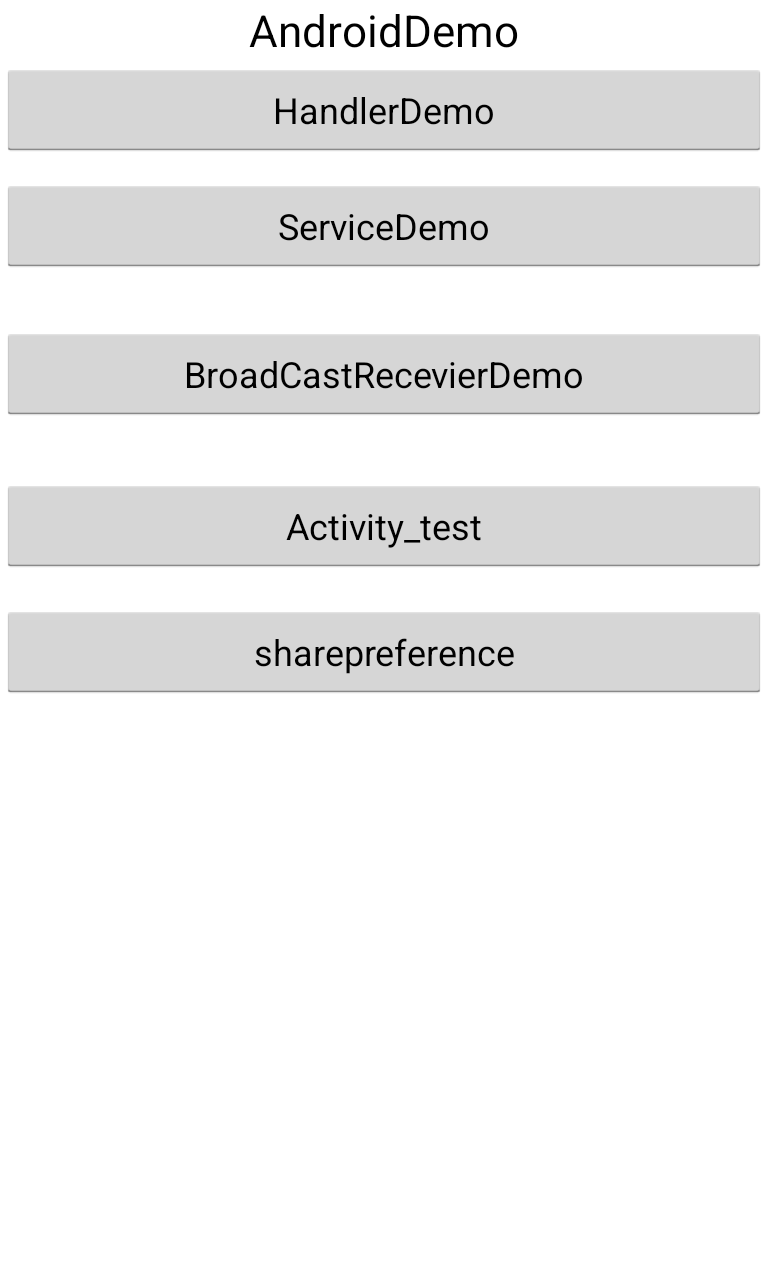
Repository: fengzixu/AndroidLearing
Layout: MyTestPrograme/AndroidDemo/res/layout/activity_main.xml
The author's editor kept a copy of each file at every save. The layout is drawn from the files as they stood at one save, then again after the next save.
It is drawn on a 768 x 1280 px phone screen (xhdpi) without system bars, with theme AppTheme; the app's code is not run.

Above is the layout before, as saved 2015-05-05 13:09:31.

After the next save:
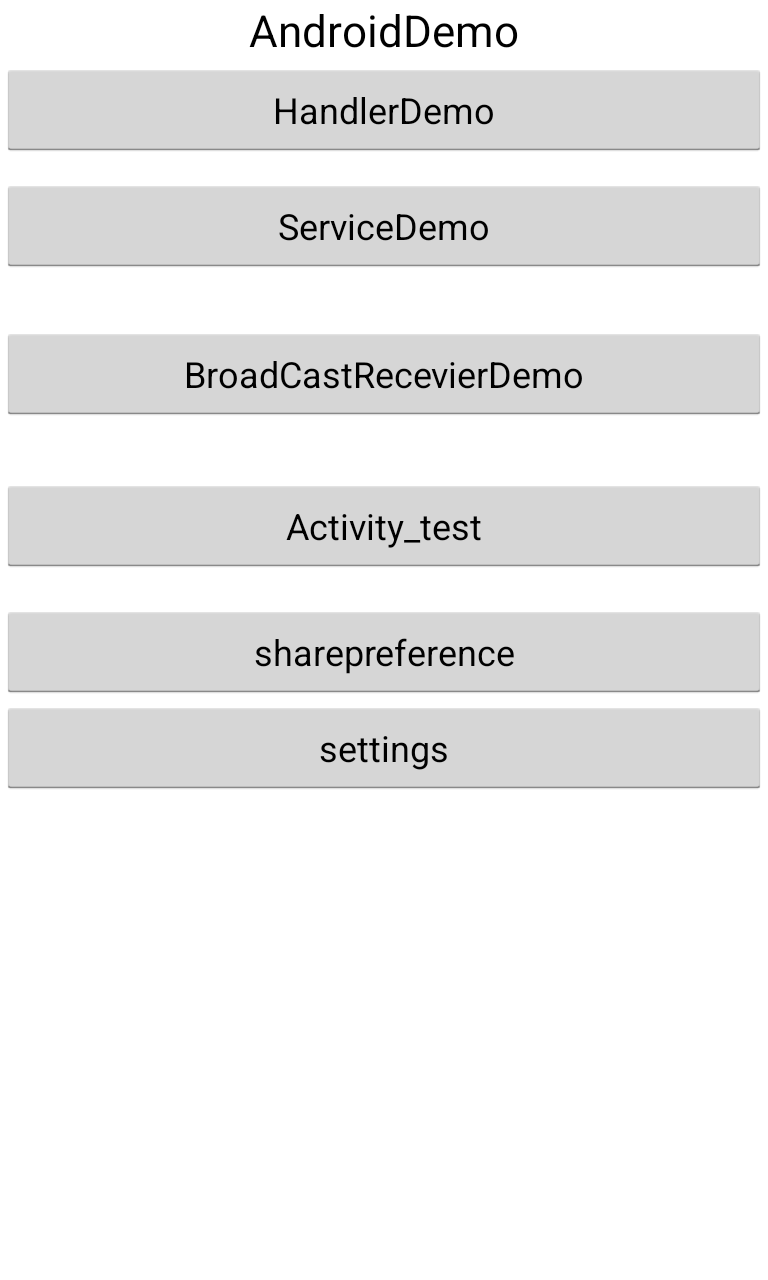
Saved 52 s later.
--- a/MyTestPrograme/AndroidDemo/res/layout/activity_main.xml
+++ b/MyTestPrograme/AndroidDemo/res/layout/activity_main.xml
@@ -63,4 +63,13 @@
                     android:onClick="sharepreference"
                     android:text="sharepreference" />
 
+                <Button
+                    android:id="@+id/settings_button1"
+                    android:layout_width="match_parent"
+                    android:layout_height="wrap_content"
+                    android:layout_below="@+id/sharepreference_button1"
+                    android:layout_centerHorizontal="true"
+                    android:onClick="settings"
+                    android:text="settings" />
+
 </RelativeLayout>
